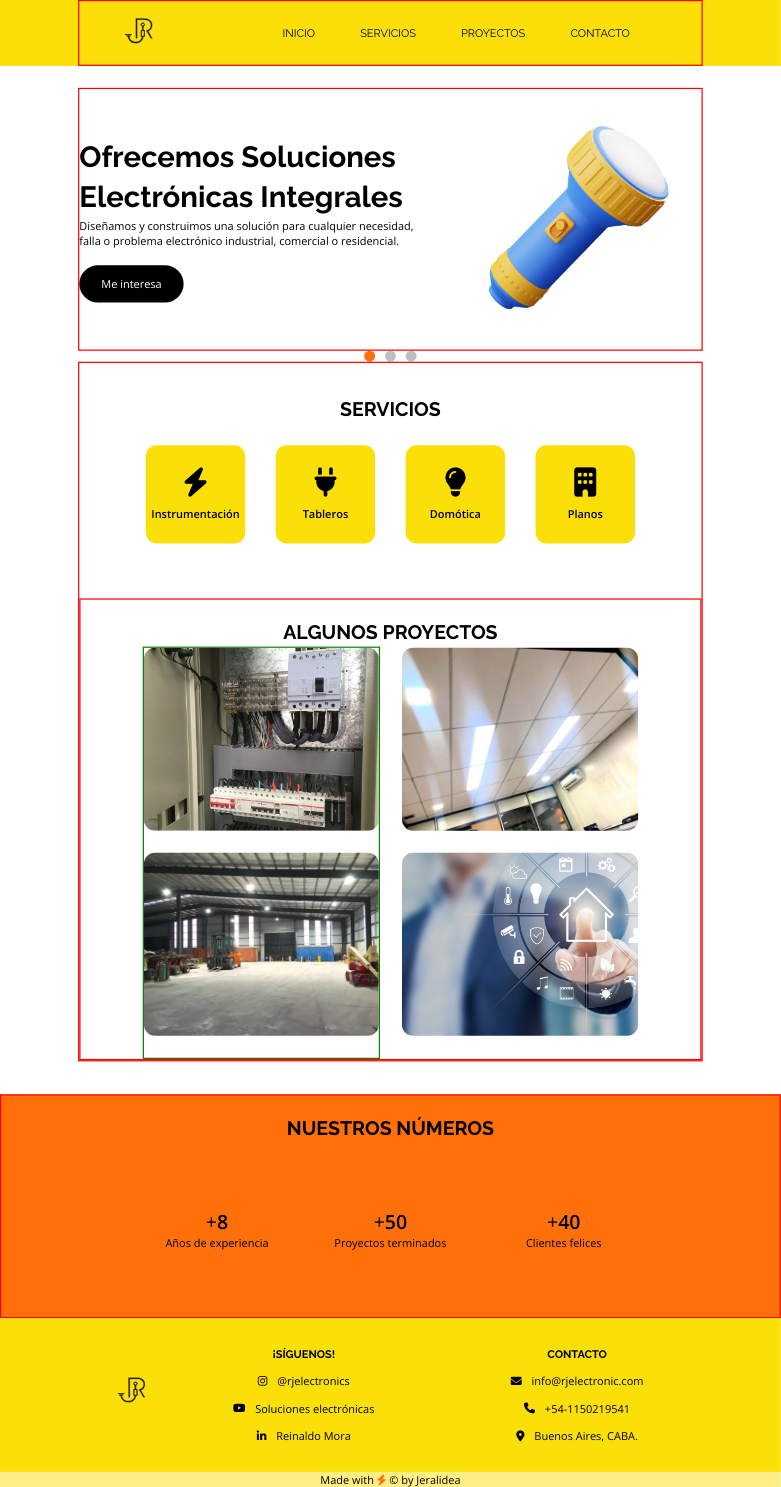
Repository: jeraldinnemg/rjelectronics
Page: index.html
These files come from the project's save history. The page is drawn as it stood at one moment and after the next save; the edit follows.
The browser window is 1280 px wide. The pictures show the whole page, at 61% of full size.
Some web libraries are served in a nearby version.

Above is the page before, as saved 2022-08-04 18:36:51.

### index.html
<!DOCTYPE html>
<html lang="en">
<head>
    <meta charset="UTF-8">
    <meta http-equiv="X-UA-Compatible" content="IE=edge">
    <meta name="viewport" content="width=device-width, initial-scale=1.0">
    <link rel="shortcut icon" href="img/favicon.png" type="image/x-icon">
    <!-- Google fonts -->
    <link rel="preconnect" href="https://fonts.googleapis.com">
    <link rel="preconnect" href="https://fonts.gstatic.com" crossorigin>
<link href="https://fonts.googleapis.com/css2?family=Open+Sans:wght@300;400;500;600&family=Raleway:wght@300;400;500;600;700;800&display=swap" rel="stylesheet">
<link rel="stylesheet" href="https://cdnjs.cloudflare.com/ajax/libs/font-awesome/6.1.1/css/all.min.css" integrity="sha512-KfkfwYDsLkIlwQp6LFnl8zNdLGxu9YAA1QvwINks4PhcElQSvqcyVLLD9aMhXd13uQjoXtEKNosOWaZqXgel0g==" crossorigin="anonymous" referrerpolicy="no-referrer" />
    <!-- Custom system -->
    <link rel="stylesheet" href="index.css">
    <script src="https://kit.fontawesome.com/05b8218d7f.js" crossorigin="anonymous"></script>


    <script src="navigation.js" defer></script>
    <script src="tabs.js" defer></script>
    <script src="counter.js" defer></script>

    <title>RJ Electronics</title>
</head>
<body>

    <!-- <link rel="stylesheet" href="https://maxcdn.bootstrapcdn.com/font-awesome/4.5.0/css/font-awesome.min.css">
    <a href="https://api.whatsapp.com/send?phone=541150219541&text=Hola%20RJelectronics%20tengo%20una%20consulta" class="float" target="_blank">
    <i class="fa fa-whatsapp my-float"></i>
    </a> -->

    <header class="primary-header">
        <div class="container row" style="border: 2px solid red">
            <a href="#">
                <img class="logo" width="50px" height="50px"src="img/logo.svg" alt="logo">
            </a>
            <button class="mobile-nav-toggle" aria-controls="primary-navigation"><span class="sr-only" aria-expanded="false">Menu</span></button>
            <nav>
                <ul class="primary-navigation flex" data-visible="false">
                    <li><a href="#inicio" class="uppercase text-dark ff-serif">Inicio</a></li>
                    <li><a href="#services" class="uppercase text-dark ff-serif">Servicios</a></li>
                    <li><a href="#projects" class="uppercase text-dark ff-serif">Proyectos</a></li>
                    <li><a href="#contact" class="uppercase text-dark ff-serif">Contacto</a></li>
                </ul>
            </nav>
        </div>
    </header>

    <section class="hero" id="inicio" >
        <div class="container row" style="border: 2px solid red">
            <!-- CTA-1 -->
            <article class="a-self" id="lampara-tab" role="tabpanel" tabindex="0">
                <h1 class="ff-serif fs-700">Ofrecemos Soluciones Electrónicas Integrales</h1>
                <p class="ff-sans fs-400">Diseñamos y construimos una solución para cualquier necesidad, falla o problema electrónico industrial, comercial o residencial.</p>
                <a href="https://api.whatsapp.com/send?phone=541150219541&text=Hola%20RJelectronics%20tengo%20una%20consulta" class="button" target="_blank"><span>Me interesa</span></a>
            </article>
            <!-- CTA-2 -->
            <article hidden class="a-self" id="destornillador-tab" role="tabpanel" tabindex="0">
                <h2 class="ff-serif fs-700">Creamos espacios luminosos a tu medida</h2>
                <p class="ff-sans fs-400">Nos encargamos de calcular los lumens necesarios para que obtengas un espacio con luz de calidad.</p>
                <a href="https://api.whatsapp.com/send?phone=541150219541&text=Hola%20RJelectronics%20tengo%20una%20consulta" class="button" target="_blank"><span>Ver más</span></a>
            </article>
            <!-- CTA-3 -->
            <article hidden class="a-self" id="interruptor-tab" role="tabpanel" tabindex="0">
                <h2 class="ff-serif fs-700">Creamos ambientes inteligentes</h2>
                <p class="ff-sans fs-400">Nos encargamos de automatizar espacios y lugares de manera fácil y rápida.</p>
                <a href="https://api.whatsapp.com/send?phone=541150219541&text=Hola%20RJelectronics%20tengo%20una%20consulta" class="button" target="_blank"><span>Me interesa</span></a>
            </article>
            <picture class= "hero__image" id="lampara-image">
                <img src="img/lampara.png" alt="lampara" >
            </picture>
            <picture class= "hero__image" hidden id="destornillador-image">
                <img src="img/destornillador.png" alt="destornillador">
            </picture>
            <picture class= "hero__image" hidden id="interruptor-image">
                <img src="img/interruptor.png" alt="interruptor">
            </picture>
        </div>
        <!-- Dots -->
       <div class="dot-indicators flex" role="tablist" aria-label="services list">
            <button aria-selected="true" aria-controls="lampara-tab" data-image="lampara-image" role="tab" tabindex="0"><span class="sr-only">Lampara</span></button>
            <button aria-selected="false" aria-controls="destornillador-tab" data-image="destornillador-image" role="tab" tabindex="-1"><span class="sr-only">destornillador</span></button>
            <button aria-selected="false" aria-controls="interruptor-tab" data-image="interruptor-image" role="tab" tabindex="-1"><span class="sr-only">Interruptor</span></button>
        </div>
    </section>
    <main class="container" style="border: 2px solid red">
        <section class="services" id="services">
            <h2 class="ff-serif fs-600 uppercase">Servicios</h2>
            <div class="container row">
                <article class="card flex">
                    <i class="fa-solid fa-bolt fs-700"></i>
                    <div class="card-body">
                        <h2 class="card-title fs-400">Instrumentación</h2>
                    </div>
                </article>
                <article class="card flex">
                    <i class="fa-solid fa-plug fs-700 "></i>
                    <div class="card-body">
                        <h2 class="card-title fs-400">Tableros</h2>

                    </div>
                </article>
                <article class="card flex">
                    <i class="fa-solid fa-lightbulb fs-700"></i>
                    <div class="card-body">
                        <h2 class="card-title fs-400">Domótica</h2>

                    </div>
                </article>
                <article class="card flex">
                    <i class="fa-solid fa-building  fs-700"></i>
                    <div class="card-body">
                        <h2 class="card-title fs-400">Planos</h2>

                    </div>
                </article>
        </div>
        </section>
        <section class="projects" id="projects" style="border: 2px solid red">
            <h2 class="ff-serif fs-600 uppercase">Algunos Proyectos</h2>
            <div class="container row">
            <div class="col  projects-container" style="border: 2px solid green">
                <article class="project" style="background-image: url('img/servicio-electricidad.JPG')">
                    <div class="project-overlay">
                    <h2 class="overlay-text fs-500 uppercase" >Tablero eléctrico</h2>
                    </div>
                </article>
                <article class="project" style="background-image: url('img/trabajos-iluminacion-galpon.JPG')">
                    <div class="project-overlay">
                        <h2 class="overlay-text fs-500 uppercase">Iluminación industrial</h2>
                    </div>
                </article>
            </div>
            <div class="col projects-container">
                <article class="project" style="background-image: url('img/iluminacion-oficinas.jpeg') ">
                    <div class="project-overlay">
                        <h2 class="overlay-text fs-500 uppercase">Iluminación de oficina</h2>
                    </div>
                </article>
                <article class="project" style="background-image: url('img/servicios-domotica.jpg') ">
                    <div class="project-overlay">
                        <h2 class="overlay-text fs-500 uppercase">Domótica en casa</h2>
                    </div>
                </article>
            </div>
            </div>
        </div>
        </section>
    </main>

   <section class="statics" style="border: 2px solid red">
    <div class="container">
        <h2 class="ff-serif fs-600 uppercase" >Nuestros números</h2>
        <div class="container row" >
            <div class="container static">
                <span class="character fs-600">+</span><span class="counter character fs-600 fw-600 hide" data-target="8"></span>
                <p class="fs-400">Años de experiencia</p>
            </div>
            <div class="container static">
                <span class="character fs-600">+</span><span class="counter character fs-600 fw-600 hide" data-target="50"></span>
                <p class="fs-400">Proyectos terminados</p>
            </div>
            <div class="container static">
                <span class="character fs-600">+</span><span class="counter character fs-600 fw-600 hide" data-target="40"></span>
                <p class="fs-400">Clientes felices</p>
            </div>
        </div>
    </div>
    </section>

    <footer id="contact">
        <div class="container row">
        <a href="#">
            <img class="logo" width="50px" height="50px"src="img/logo.svg" alt="logo">
        </a>
        <div class="container contact">
            <h3 class="ff-serif fs-400 uppercase">¡Síguenos!</h3>
            <div class="flex a-item j-content"><i class="fa-brands fa-instagram"></i><a href="https://www.instagram.com/" class="text-dark  fs-400 ff-sans fw-200"  target="_blank">@rjelectronics</a></div>
            <div class="flex a-item j-content"><i class="fa-brands fa-youtube"></i><a href="https://www.youtube.com/" class="text-dark fs-400 ff-sans fw-200"  target="_blank">Soluciones electrónicas</a></div>
            <div class="flex a-item j-content"><i class="fa-brands fa-linkedin-in"></i><a href="https://www.linkedin.com/in/ingreinaldomora/" class="text-dark fs-400 ff-sans fw-200" target="_blank" >Reinaldo Mora</a></div>
        </div>
        <div class="container contact">
            <h3 class="ff-serif fs-400 uppercase" >Contacto</h3>
            <div class="flex a-item j-content"><i class="fa-solid fa-envelope"></i><p class="fs-400 ff-sans fw-200">info@rjelectronic.com</p></div>
            <div class="flex a-item j-content"><i class="fa-solid fa-phone"></i><p class="fs-400 ff-sans">+54-1150219541</p></div>
            <div class="flex a-item j-content"><i class="fa-solid fa-location-dot"></i><p class="fs-400 ff-sans">Buenos Aires, CABA.</p></div>
        </div>
    </div>
    </footer>

    <div class="copyright">Made with <i class="fa-solid fa-bolt"></i> © by Jeralidea</div>

</body>
</html>

### index.css
/* ----------------------- */
/* --Custom properties---- */
/* ----------------------- */

:root {
   /*colors*/
   --clr-dark: 0 0% 0%;
   --clr-main: 53 97% 51%;
   --clr-secondary: 25 100% 52%;
   --clr-white: 0 0% 100%;

/*font-sizes*/
--fs-1100: 9.375rem; /*150x*/
--fs-1000: 6.25rem; /*100px*/
--fs-900: 4.5rem; /*72px*/
--fs-800: 3.5rem; /*56px*/
--fs-700: 3rem; /*48px*/
--fs-600: 2rem; /*32px*/
--fs-500: 1.75rem; /*28px*/
--fs-400: 1.125rem; /*18px*/
--fs-300: 1rem; /*16px*/
--fs-200: 0.875rem; /*14px*/

/*font-family*/
--ff-serif: "Raleway", serif;
--ff-sans: "Open sans", sans-serif;


}

.uppercase {
    text-transform: uppercase;
}

/* -------------- */
/* -----RESET---- */
/* -------------- */

*,
*::before,
*::after {
    box-sizing: border-box;
}

/* Reset margins */
h1,
h2,
h3,
h4,
h5,
body,
p,
picture,
figure {
    margin:0;
}

/* Set up the body  */

html{
    height: -webkit-fill-available;
    scroll-behavior: smooth;
}

body {
    font-family: var(--ff-sans);
    font-size: var(--fs-400);
    color:hsl(var(--clr-dark));
    height: 100vh;
    line-height: 1.4;
    min-height: 100vh;

    display: grid;
    grid-template-rows: min-content 1fr;

    overflow-x:hidden;
}

/* Make images easier to work */
img,
picture {
    max-width: 100%;
}

/* Make form elements easier to work*/
input,
select,
button,
textarea {
    font: inherit;
}

/* Remove all animations, transitions and smooth scroll for people that prefer not to see them (Accesibility Recourse piccali.li*/
@media (prefers-reduced-motion: reduce) {
    html:focus-within {
     scroll-behavior: auto;
    }

    *,
    *::before,
    *::after {
      animation-duration: 0.01ms !important;
      animation-iteration-count: 1 !important;
      transition-duration: 0.01ms !important;
      scroll-behavior: auto !important;
    }
  }

/* ------------------ */
/* -UTILITY CLASES-- */
/* ----------------- */

.flex {
    display: flex;
    gap: var(--gap, 1rem);

}

.grid {
    display: grid;
    gap: var(--gap, 1rem);
}

.a-self{
    align-self: center;
}

.a-item{
    align-items: center;
}

.j-content{
    justify-content: center;
}

.container {
    width: 80%;
    max-width: 1200px;
    margin:0 auto;
}

.col {
    width:100%
}

header {
    background-color: var(--clr-dark);
    text-align: center;
}

header >div{
    display: flex;
}

.logo{
    margin: 1.5rem 0;
}

.nav {
    width: 100%;
}

.dot-indicators{
    justify-content: center;
}

.hero{
    margin-top: 2em;
}


.sr-only {
    position: absolute;
    width: 1px;
    height: 1px;
    padding: 0;
    margin: -1px;
    overflow: hidden;
    border: 0;
}

/*Colors */

.bg-dark { background-color: hsl(var(--clr-dark));}
.bg-yellow {background-color: hsl(var(--clr-yellow));}
.bg-white { background-color: hsl(var(--clr-white));}

.text-dark { color: hsl(var(--clr-dark));}
.text-dark { color: hsl(var(--clr-dark));}
.text-dark { color: hsl(var(--clr-dark));}

/*Typography */

.ff-serif {font-family: var(--ff-serif);}
.ff-sans {font-family: var(--ff-sans);}

.letter-spacing-1  {letter-spacing: 4.75px;}
.letter-spacing-2  {letter-spacing: 2.7px;}
.letter-spacing-1  {letter-spacing: 2.35px;}

.fs-900 {font-size: var(--fs-900);}
.fs-800 {font-size: var(--fs-800);}
.fs-700 {font-size: var(--fs-700);}
.fs-600 {font-size: var(--fs-600);}
.fs-500 {font-size: var(--fs-500);}
.fs-400 {font-size: var(--fs-400);}
.fs-300 {font-size: var(--fs-300);}
.fs-200 {font-size: var(--fs-200);}

.fw-400 {font-weight: 400;}
.fw-500 {font-weight: 500;}
.fw-600 {font-weight: 600;}

/* General */

.flex {
    display: flex;
    gap: var(--gap, 1rem);
}

.flex.even-columns > * {
    width: 100%;
}

.grid {
    display: grid;
    gap: var(--gap, 1rem);
}

.d-block {
    display: block;
}



/* ----------------- */
/* ---COMPONENT----- */
/* ----------------- */

/* Primary header */

.logo{
    margin: 1.5rem clamp(1.5rem, 5vw, 4rem);
}

.primary-header{
    align-items:center;
    justify-content: space-between;
    background-color: hsl(var(--clr-main));
}


.primary-navigation{
    --gap: clamp(1.5rem, 5vw, 3.5rem);
    list-style: none;
    text-decoration: none;
    padding: 0;
    margin:0;
}

.primary-navigation a{
    text-decoration: none;
    margin-right: 1em;
}

.mobile-nav-toggle{
    display: none;
}

@media(max-width:35em){
    .primary-navigation{
        --underline-gap: 0.5rem;
        position: fixed;
        inset: 0 0 0 20%;
        z-index:1000;
        padding: min(20rem, 15vh);
        margin:0;
        z-index:1000;
        list-style: none;
        flex-direction: column;
        background-color: hsl(var(--clr-main));
        transform: translateX(100%);
        transition: transform ease-in-out;

    }

    .primary-navigation[data-visible='true']{
        transform: translateX(0);
    }

    .mobile-nav-toggle {
        display: block;
        position: absolute;
        z-index:2000;
        right: 3rem;
        top: 2rem;
        background: transparent;
        background-image: url(img/icon-hamburger.svg);
        background-repeat:no-repeat;
        background-position: center;
        width: 1.5rem;
        aspect-ratio:1;
        border: 0;
        cursor: pointer;
    }

    .mobile-nav-toggle[aria-expanded='true']{
        background-image: url(img/icon-close.svg);
    }

    .mobile-nav-toggle:focus-visible{
        outline:5px solid white;
        outline-offset: 5px;
    }

    .contact >div{
        text-align: center;
    }
}

@media (min-width: 35em){
    .primary-navigation, .contact{
        padding-inline: clamp(3rem, 7vw, 7rem);
    }

}

@media(min-width: 45em){
    .primary-navigation{
        margin-block:2rem;
    }
}


/* ---------- */
/* --BUTTON-- */
/* --------- */

 .button {
    display: inline-flex;
	background: hsl(var(--clr-dark));
    padding: 1em 2em;
    border-radius: 2em;
    color: hsl(var(--clr-white));
	position: relative;
    text-decoration: none;
    transition: 0.3s ease all;
	position:relative;
	overflow:hidden;
    margin-top: 1.5em;
}

.button span {
	position:relative;
	z-index:2;
	transition: 0.3s ease all;
}

.button::after {
	content: "";
	width: 100%;
	height:100%;
	background: hsl(var(--clr-secondary));
	position: absolute;
	z-index: 1;
	top: -80px;
	left: 0;
	transition: 0.3s ease-in-out all;
}

.button:hover::after{
	top:0;
	}

/* ---------- */
/* -- DOTS -- */
/* ---------- */

.dot-indicators > * {
        cursor: pointer;
        border: 0;
        border-radius: 50%;
        padding: .5em;
        background-color: hsl(var(--clr-dark)/ .25) ;
 }

.dot-indicators > *:hover,
.dot-indicators > *:focus {
        background-color: hsl(var(--clr-secondary)/ .5);
    }

.dot-indicators > [aria-selected="true"] {
        background-color: hsl( var(--clr-secondary) / 1);
    }

/* ---------- */
/* Card     */
/* --------- */
.card{
    background-color: hsl( var(--clr-main));
    flex-direction: column;
    align-items: center;
    padding: 2em 4em;
    margin: 2em 0em;
    border-radius: 1em;
}

i:hover{
    color: hsl( var(--clr-secondary));
}

.services, .projects, .statics{
    text-align: center;
    margin-top: 3em;
}

/* -------------------------*/
/* -------PROJECTS -------- */
/* -------------------------*/

.projects-container >article{
    position: relative;
    min-height: 300px;
    background-size: cover;
    background-repeat: no-repeat;
    background-position: center center;
    border-radius: 1em;
    margin-bottom: 2em;
}

.projects .project .project-overlay{
    width: 0%;
	height: 100%;
	position: absolute;
	bottom: 0;
	left: 0;
	right: 0;
	background: hsl( var(--clr-main));
	overflow: hidden;
    border-radius: 1em;
	transition: .5s ease;
}

.projects .project:hover .project-overlay {
    width: 100%;
    opacity: 0.8;
}

.overlay-text {
	top: 50%;
	left: 50%;

	position: absolute;
	white-space: nowrap;
	color: hsl(var(--clr-dark));
	transform: translate(-50%, -50%);
	overflow: hidden;
	border-top: 1px solid #fff;
	border-bottom: 1px solid #fff;
}

.projects >h2{
    margin-top: 1em;
}

/* -------------------------*/
/* -------STATICS --------- */
/* -------------------------*/

.statics {
    background-color: hsl( var(--clr-secondary));

}

.statics div>h2{
    margin-top: 1em;
}

.static{
    padding: 2em 0em;
    margin: 4em 1em;
}

.character {
    color: hsl( var(--clr-dark));
}

/* -------------------------*/
/* -------FOOTER ---------- */
/* -------------------------*/

footer{
    background-color: hsl( var(--clr-main));
    color: hsl( var(--clr-dark));
    padding: 2em 0em;
    text-align: center;
    line-height: 2.5em;

    flex-direction: column;
    align-items:center;
    justify-content: space-between;
}

.copyright {
    text-align: center;
    background-color: hsl( var(--clr-main)/0.5);
}

.copyright i {
    color: hsl( var(--clr-secondary));
}

footer a {
    text-decoration: none;
    list-style: none;
}

/* -------------------------*/
/* -------Whataspp--------- */
/* -------------------------*/

.float{
	position:fixed;
	width:60px;
	height:60px;
	bottom:40px;
	right:40px;
	background-color:#25d366;
	color:#FFF;
	border-radius:50px;
	text-align:center;
  font-size:30px;
	box-shadow: 2px 2px 3px #999;
  z-index:100;
}

.float:hover {
	text-decoration: none;
	color: #25d366;
  background-color:#fff;
}

.my-float{
	margin-top:16px;
}

/* -------------------------*/
/* -------COUNTER----------- */
/* -------------------------*/

@keyframes show {
    0% {
        opacity: 0.5;
        transform: translateY(100px);
    }
    100% {
        opacity: 1;
        transform: translateY(0);
    }
}

.hide {
    opacity: 0%;
}

.animate{
    animation: show 1.3s;
}

/* -------------------------*/
/* -------LAYOUT----------- */
/* -------------------------*/

.grid-container {
    display: grid;
    text-align: center;
    place-items:center;
    padding-inline: 1rem;
}

@media (min-width: 35em){

}

@media (min-width: 45em){
    .row {
        display: flex;
        align-items: center;
        justify-content: space-around;
    }

    .grid-container {
        text-align: left;
        column-gap: var(--container-gap, 2rem);
        grid-template-columns: minmax(1rem, 1fr)
        repeat (2, minmax((0, 30rem)) minmax(1rem, 1fr));
    }

    .container {
        flex-direction: row;
        gap: 2em;
    }

    .hero__image{
        max-width: 40%;
    }

    .card {
        max-width: 20%;
    }

    .projects-container article:last-child {
        margin-top: 2em;
     }



    footer{
        flex-direction: row;
        justify-content: space-between;
        align-items: center;
    }

}

### navigation.js
// javascript

const nav = document.querySelector(".primary-navigation");
const navToggle = document.querySelector('.mobile-nav-toggle');


// when someone clicks the hamburguer button

navToggle.addEventListener('click', () => {

// if the nav is closed, open it

    const visibility = nav.getAttribute("data-visible");

    if (visibility === 'false') {
        nav.setAttribute('data-visible', true);
        navToggle.setAttribute('aria-expanded', true);
    } else {
        nav.setAttribute('data-visible', false);
        navToggle.setAttribute('aria-expanded', false);

    }
});

### counter.js
const counters = document.querySelectorAll('.counter')

counters.forEach(counter => {
    counter.innerText='0';

    const updateCounter = () => {

        // Create const
        const target = +counter.getAttribute('data-target')


         const c = +counter.innerText

         const increment = target / 300;

         if (c < target) {
             counter.innerText = `${Math.ceil(c+increment)}`
             setTimeout(updateCounter,100)
         } else {
             counter.innerText = target
         }
         // verify target function console.log(typeof target, target)
         //console.log(increment)
    }

    updateCounter()

    const showCounter= elements =>{
        elements.forEach(e => {
            if(e.isIntersecting){
                e.target.classList.add('animate')
                e.target.classList.remove('hide')
                setTimeout(updateCounter, 500)
            }
        });
    }

    const observer = new IntersectionObserver(showCounter, {
        threshold:.7 // 0-1
    })

    const elementsHTML = document.querySelectorAll('.counter');
    elementsHTML.forEach(elementHTML =>{
        observer.observe(elementHTML)
    })

})

Loaded but not shown: tabs.js (74 lines, source omitted)

After the next save:
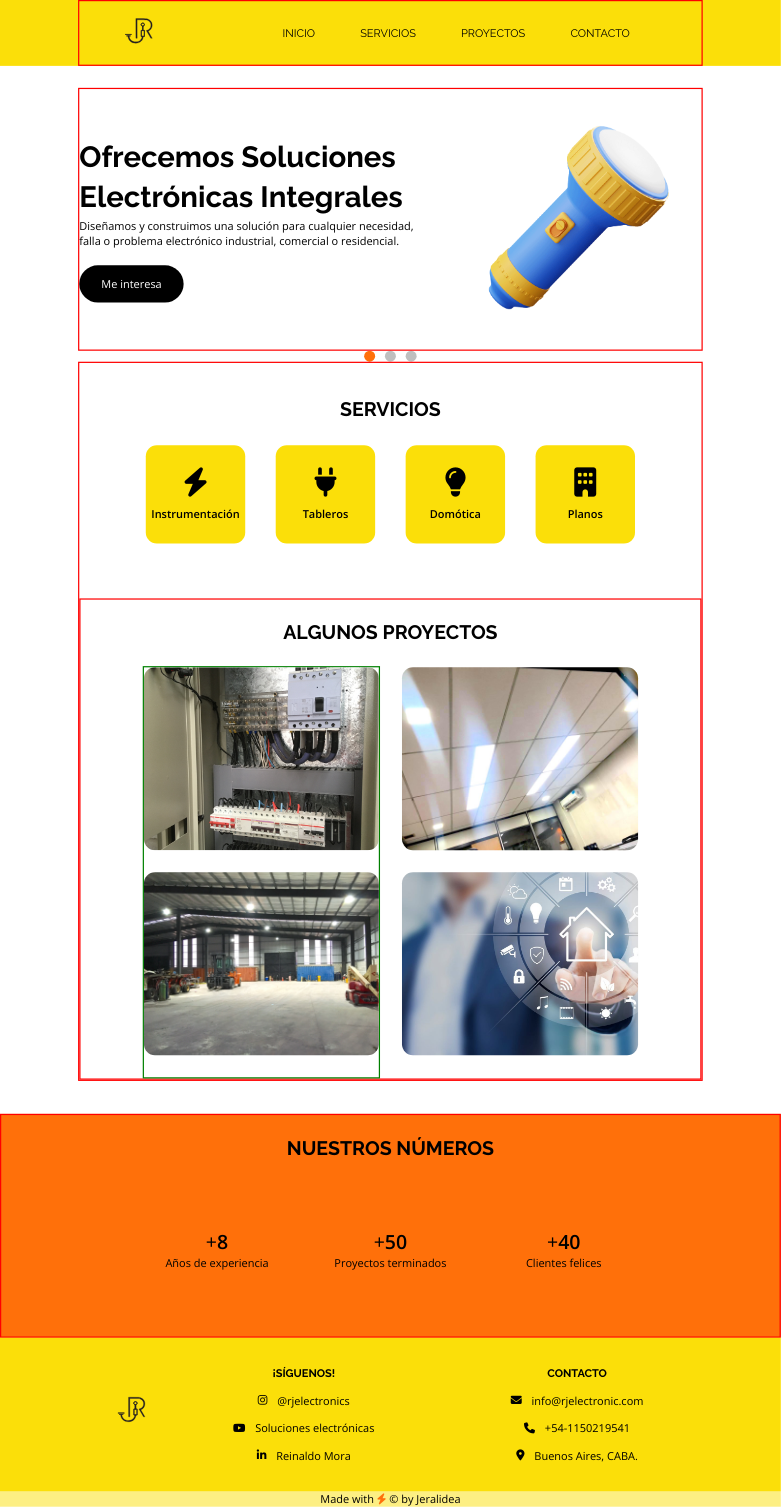
Saved 14 s later.
--- a/index.css
+++ b/index.css
@@ -460,7 +460,7 @@ i:hover{
 }
 
 .projects >h2{
-    margin-top: 1em;
+    margin: 1em 0em;
 }
 
 /* -------------------------*/
